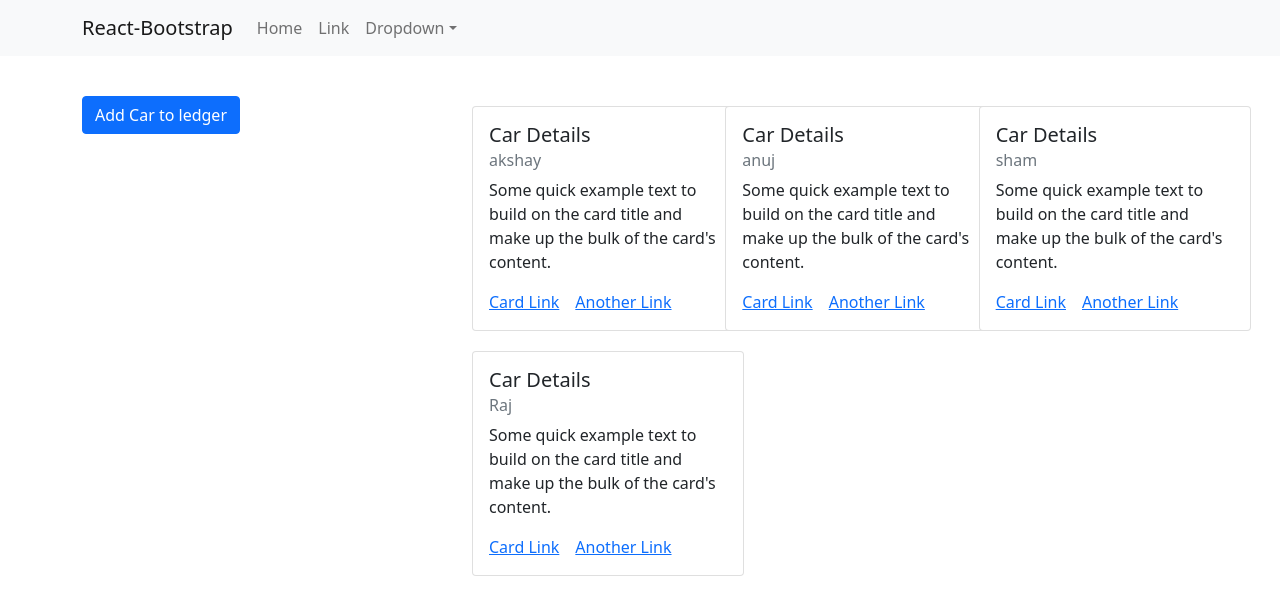
Repository: akshaykurhekar/hyperledger-asset-monetization-dapp
Page: / (app in fabcarWeb/new-ui/)
These files come from the project's save history. The page is drawn as it stood at one moment and after the next save; the edit follows.
The browser window is 1280 px wide. The pictures show the whole page.
The project was rebuilt for these pictures with package versions that can differ from the ones it lists, and the page was loaded fresh each time.

Above is the page before, as saved 2022-03-30 18:01:40.

### fabcarWeb/new-ui/src/index.js
import React from "react";
import ReactDOM from "react-dom/client";
import "./index.css";
import App from "./App";
import reportWebVitals from "./reportWebVitals";
import "bootstrap/dist/css/bootstrap.min.css";

// ReactDOM.render(
//   <React.StrictMode>
//     <App />
//   </React.StrictMode>,
//   document.getElementById('root')
// );

ReactDOM.createRoot(document.getElementById("root")).render(
  <React.StrictMode>
    <App />
  </React.StrictMode>
);

// If you want to start measuring performance in your app, pass a function
// to log results (for example: reportWebVitals(console.log))
// or send to an analytics endpoint. Learn more: https://bit.ly/CRA-vitals
reportWebVitals();

### fabcarWeb/new-ui/src/App.js
import Navbar from "./components/navbar";
import Card from "./components/card";
import Model from "./components/model";
import { Container, Row, Col } from "react-bootstrap";

function App() {
  const carList = [{ name: "akshay" }, { name: "anuj" }, { name: "sham" },{ name: "Raj" }];

  return (
    <>
      <Navbar />
      <Container>
        <Row style={{ paddingTop: "40px" }}>
          <Col sm={4}>
            <Model />
          </Col>
          <Col sm={8}>
            <Row>
              {carList.map((item, idx) => {
                return (
                  <Col sm={4}>
                    <Card key={idx} name={item.name} />
                  </Col>
                );
              })}
            </Row>
          </Col>
        </Row>
      </Container>
    </>
  );
}

export default App;

### fabcarWeb/new-ui/src/components/navbar.js
import React, { useState } from 'react';
import { Navbar,Container,Nav, NavDropdown } from 'react-bootstrap'

const NavbarComp = ()=>{


    return (
      <Navbar bg="light" expand="lg">
      <Container>
        <Navbar.Brand href="#home">React-Bootstrap</Navbar.Brand>
        <Navbar.Toggle aria-controls="basic-navbar-nav" />
        <Navbar.Collapse id="basic-navbar-nav">
          <Nav className="me-auto">
            <Nav.Link href="#home">Home</Nav.Link>
            <Nav.Link href="#link">Link</Nav.Link>
            <NavDropdown title="Dropdown" id="basic-nav-dropdown">
              <NavDropdown.Item href="#action/3.1">Action</NavDropdown.Item>
              <NavDropdown.Item href="#action/3.2">Another action</NavDropdown.Item>
              <NavDropdown.Item href="#action/3.3">Something</NavDropdown.Item>
              <NavDropdown.Divider />
              <NavDropdown.Item href="#action/3.4">Separated link</NavDropdown.Item>
            </NavDropdown>
          </Nav>
        </Navbar.Collapse>
      </Container>
    </Navbar>
    );
};

export default NavbarComp;

### fabcarWeb/new-ui/src/components/card.js
import React from 'react';
import {Card} from 'react-bootstrap'

const Cards = (props)=>{
    return (
        <Card style={{ width: '17rem',margin:'10px' }}>
            <Card.Body>
                <Card.Title>Car Details</Card.Title>
                <Card.Subtitle className="mb-2 text-muted">{props.name}</Card.Subtitle>
                <Card.Text>
                Some quick example text to build on the card title and make up the bulk of
                the card's content.
                </Card.Text>
                <Card.Link href="#">Card Link</Card.Link>
                <Card.Link href="#">Another Link</Card.Link>
            </Card.Body>
        </Card>
    );
};

export default Cards;

### fabcarWeb/new-ui/src/components/model.js
import React,{ useState} from 'react';
import { Button, Modal} from 'react-bootstrap'

const Model = ()=>{

    const [show, setShow] = useState(false);

  const handleClose = () => setShow(false);
  const handleShow = () => setShow(true);

    return (
       <>
      <Button variant="primary" onClick={handleShow}>
        Add Car to ledger
      </Button>

      <Modal show={show} onHide={handleClose}>
        <Modal.Header closeButton>
          <Modal.Title>Add Car</Modal.Title>
        </Modal.Header>
        <Modal.Body>

            </Modal.Body>
        <Modal.Footer>
          <Button variant="secondary" onClick={handleClose}>
            Close
          </Button>
          <Button variant="primary" onClick={handleClose}>
            Save
          </Button>
        </Modal.Footer>
      </Modal>
    </>
    );
};

export default Model;

Loaded but not shown: fabcarWeb/new-ui/public/index.html (common file); fabcarWeb/new-ui/src/reportWebVitals.js (common file); fabcarWeb/new-ui/src/index.css (no stored copy; drawn as an empty file)

After the next save:
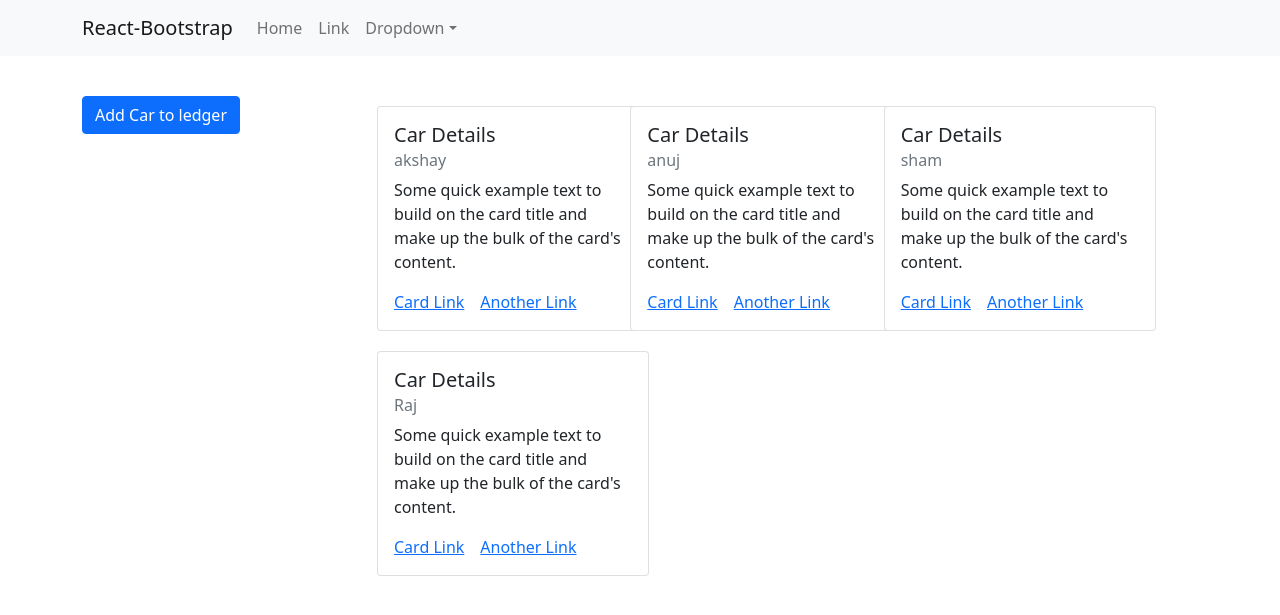
Saved 17 s later.
--- a/fabcarWeb/new-ui/src/App.js
+++ b/fabcarWeb/new-ui/src/App.js
@@ -11,7 +11,7 @@
       <Navbar />
       <Container>
         <Row style={{ paddingTop: "40px" }}>
-          <Col sm={4}>
+          <Col sm={3}>
             <Model />
           </Col>
           <Col sm={8}>
